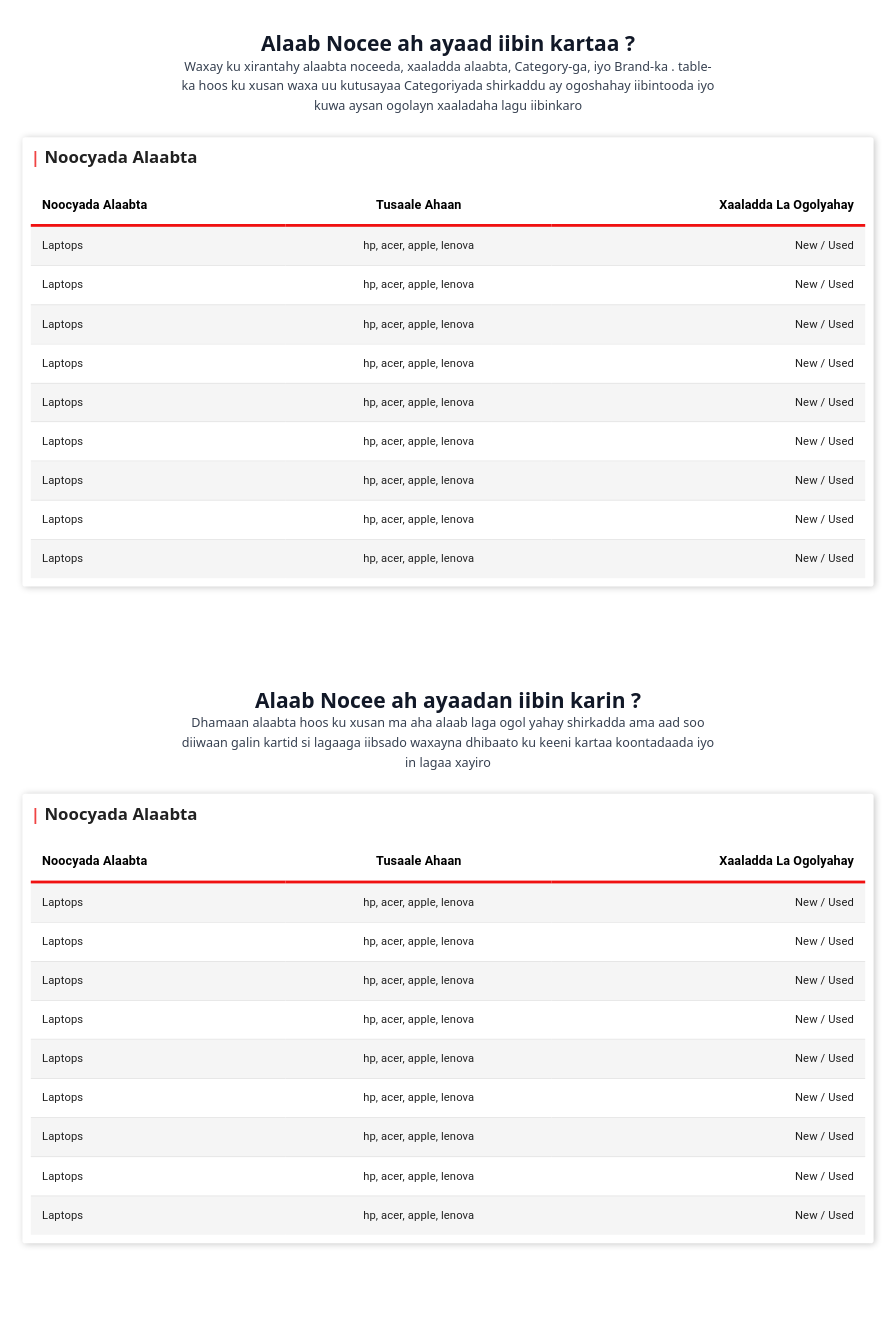
Repository: muraadso/Muraadso-Sellers
Page: /
These files come from the project's save history. The page is drawn as it stood at one moment and after the next save; the edit follows.
The browser window is 1280 px wide. The pictures show the part of the page from y = 2240 to 4160 px (the page is 4160 px tall), at 70% of full size.
The project was rebuilt for these pictures with package versions that can differ from the ones it lists, and the page was loaded fresh each time. The framework's server and built-in components were replaced by stand-ins that run in the browser. Also part of the build but not shown: next.config.js.

Above is the page before, as saved 2021-12-06 19:55:39.

### pages/_app.js
import '../styles/globals.css'
 import 'tailwindcss/tailwind.css'
import { Layout } from '../components/Layout'


function MyApp({ Component, pageProps }) {
  return (
    <Layout>
      <Component {...pageProps} />
    </Layout>
  )
}

export default MyApp

### pages/index.js
import Head from 'next/head'
import Image from 'next/image'
import Hero from '../components/Hero'
import About from '../components/About'
import Howtoreg from '../components/Howtoreg'
import styles from '../styles/Home.module.css'
import { How } from '../components/How'


export default function Home() {
  return (
    <div className={styles.container}>
      <Head>
        <title>Muraadso Sellers</title>
        <meta name="description" content="Generated by create next app" />
        <link rel="icon" href="/favicon.ico" />
      </Head>
      <Hero />
      <About />
      <How />
      <Howtoreg />
    </div>
  )
}

### styles/globals.css
@import url('https://fonts.googleapis.com/css2?family=Lato:ital,wght@0,300;0,400;0,700;0,900;1,700&family=Poppins:wght@200;300;400;500;600;700&display=swap');
html,
body {
  padding: 0;
  margin: 0;
}

a {
  color: inherit;
  text-decoration: none;
}

* {
  box-sizing: border-box;
}


.navbar {
  box-shadow: 2px 1px 7px rgba(0, 0, 0, 0.226);
  font-family: 'Poppins', sans-serif  ;
  font-weight: 500;

}
  .logo{
    font-family: 'Lato', sans-serif;
    font-weight: 700;
    color: rgb(233, 59, 59);
    font-size: 20px ;
  }
  .how-card{
    position: relative;
    box-shadow: 0 2px 10px rgba(0, 0, 0, 0.336) ;
  }





@media screen and  (max-width: 768px){
  .nav{
    padding-top: 40px;
    display: flex;
    flex-direction: column;

  }

  .how-card{
  margin-bottom: 25px;
}

.tablle{
  margin-bottom: 90px;
}
.tablle2{

}

}




@tailwind base;
@tailwind components;
@tailwind utilities

### components/Layout.js
import Navbar from "./Navbar"
import Footer from "./Footer"

export const Layout = ({children}) => {
    return (
        <div className="layout">
            <Navbar />
                {children}
            <Footer />



        </div>
    )
}

### components/Hero.jsx
const Hero = () => {
    return (
        <div className="md:grid-cols-2 md:grid md:mt-11 hero">
                <div className="md:px-16 md:py-36 py-11 herotxt">
                    <h6 className="px-2 font-medium text-gray-500">ku iibi muraadso</h6>
                    <h1 className="my-5 text-3xl font-bold text-gray-800 capitalize md:font-bold md:text-gray-800 md:capitalize lg:text-6xl">sidee ugu iibin krtaa <br /> alaabtaada <span  className="text-red-600 md:text-red-600">muraadso</span></h1>

                    <p className="text-gray-700 md:text-left">
                         Whether you’ve already got an established e-commerce business , a great idea for a new product, or you just have a passion for selling, here’s how to take that next step with Muraadso </p>
                </div>

                <div className="heroimg">
                    <img className="w-4/4 "  src="/images/heroimage.png" alt="heroimage" />
                </div>
        </div>
    )
}

export default Hero

### components/About.jsx

const About = () => {
    return (
        <div className="mt-32">
            <h1 className="text-3xl font-bold text-center">Ku Iibso Muraadso</h1>
            <div className="gap-0 md:px-16 md:grid-cols-2 md:grid about-content">
                <div className="mt-12 aboutimg">
                  <img src="/images/aboutimage.png" className="md:h-96" alt="about image" />
                </div>
                <div className="md:mt-20 mt-11 about-text">
                    <p className="text-xl text-justify">
                        Muraadso waa hogaanka suuqa casriga ee online waana suuq aad ku iibin kartid alaabtaada, ahaw ganacsade alaabta sameeya, mid soo dajiya, si fudud ayaad ugu iibin kartaa suuqa casriga muraadso, sidoo kale ka mid noqo ganacsiyada shabakada internet ku iibiya alaabaha adiga oon ku kharash badan galin, kana faa’idaysanaya khubarada team ka muraadso helayana tobabaro iyo caawimo sidaad ugu iibin lahayd muraadso dhexdeeda Ku dhex iibta muraadso waa wax fudud sidoo kalena kharash yari kaaga bixi karo ama wax kharash ahi kaa baxayn, kaliya waxa lagaaga bahanyay in aad is diwaan galisid, kuna gurtid alaabta aad haysid online shirkada sidaana aad ku bilawdid iibka alaabtaada....<span className="text-red-600">Read More</span>
                    </p>
                </div>


            </div>
        </div>
    )
}

export default About

### components/Howtoreg.jsx
import * as React from 'react';
import { styled } from '@mui/material/styles';
import Table from '@mui/material/Table';
import TableBody from '@mui/material/TableBody';
import TableCell, { tableCellClasses } from '@mui/material/TableCell';
import TableContainer from '@mui/material/TableContainer';
import TableHead from '@mui/material/TableHead';
import TableRow from '@mui/material/TableRow';
import Paper from '@mui/material/Paper';

const StyledTableCell = styled(TableCell)(({ theme }) => ({

  [`&.${tableCellClasses.head}`]: {
    backgroundColor: theme.palette.common.white,
    color: theme.palette.common.black,
    borderBottom: '4px solid rgb(240, 17, 17)' ,
    fontSize: '18px',
    fontWeight: 'bold',

  },
  [`&.${tableCellClasses.body}`]: {
    fontSize: 16,
  },
}));

const StyledTableRow = styled(TableRow)(({ theme }) => ({
  '&:nth-of-type(odd)': {
    backgroundColor: theme.palette.action.hover,


  },
  // hide last border
  '&:last-child td, &:last-child th': {
    border: 0,
  },
}));





function createData(noocaAlaabta, tusaale, xaaladda) {
  return { noocaAlaabta, tusaale, xaaladda };
}

const rows = [
  createData('Laptops', 'hp, acer, apple, lenova ', 'New / Used'),
  createData('Laptops', 'hp, acer, apple, lenova ', 'New / Used'),
  createData('Laptops', 'hp, acer, apple, lenova ', 'New / Used'),
  createData('Laptops', 'hp, acer, apple, lenova ', 'New / Used'),
  createData('Laptops', 'hp, acer, apple, lenova ', 'New / Used'),
  createData('Laptops', 'hp, acer, apple, lenova ', 'New / Used'),
  createData('Laptops', 'hp, acer, apple, lenova ', 'New / Used'),
  createData('Laptops', 'hp, acer, apple, lenova ', 'New / Used'),
  createData('Laptops', 'hp, acer, apple, lenova ', 'New / Used'),

];

export default function Howtoreg() {
  return (
      <>
    <div className="flex flex-col items-center justify-center tablle mb-36">
                <h1 className="text-xl font-bold text-center text-gray-900 md:text-3xl">Alaab Nocee ah ayaad iibin kartaa ?</h1>
                <p className="max-w-3xl mb-8 text-sm text-center text-gray-700 md:text-lg">Waxay ku xirantahy alaabta noceeda, xaaladda alaabta, Category-ga, iyo Brand-ka .
                table-ka hoos ku xusan waxa uu kutusayaa Categoriyada shirkaddu ay ogoshahay iibintooda
                iyo kuwa aysan ogolayn xaaladaha lagu iibinkaro </p>

            <TableContainer className="" component={Paper} sx={{ padding: "12px", maxWidth: 1400, boxShadow: '2px 1px 11px rgba(0, 0, 0, 0.226)' }}>
        <h1 className="mb-6 text-2xl font-bold "> <span className="font-black text-red-500 ">|</span> Noocyada Alaabta</h1>
      <Table sx={{ minWidth: 700 }} aria-label="customized table">
        <TableHead>
          <TableRow>
            <StyledTableCell>Noocyada Alaabta</StyledTableCell>
            <StyledTableCell align="center"> Tusaale Ahaan</StyledTableCell>
            <StyledTableCell align="right">Xaaladda La Ogolyahay</StyledTableCell>
          </TableRow>
        </TableHead>
        <TableBody>
          {rows.map((row) => (
            <StyledTableRow key={row.noocaAlaabta} sx={{backgroundColor: 'white'}}>
              <StyledTableCell component="th" scope="row">
                {row.noocaAlaabta}
              </StyledTableCell>
              <StyledTableCell   align="center">{row.tusaale}</StyledTableCell>
              <StyledTableCell align="right">{row.xaaladda}</StyledTableCell>
            </StyledTableRow>
          ))}
        </TableBody>
      </Table>
    </TableContainer>

    </div>

    <div className="flex flex-col items-center justify-center tablle2 mb-36">
            <h1 className="text-xl font-bold text-center text-gray-900 md:text-3xl">Alaab Nocee ah ayaadan iibin karin ?</h1>
            <p className="max-w-3xl mb-8 text-sm text-center text-gray-700 md:text-lg">Dhamaan alaabta hoos ku xusan ma aha alaab laga ogol yahay shirkadda
                ama aad soo diiwaan galin kartid si lagaaga iibsado waxayna dhibaato
                ku keeni kartaa koontadaada iyo in lagaa xayiro</p>

            <TableContainer className="" component={Paper} sx={{ padding: "12px", maxWidth: 1400, boxShadow: '2px 1px 11px rgba(0, 0, 0, 0.226)' }}>
                        <h1 className="mb-6 text-2xl font-bold"> <span className="font-black text-red-500 ">|</span> Noocyada Alaabta</h1>
      <Table sx={{ minWidth: 700 }} aria-label="customized table">
        <TableHead className="" >
          <TableRow className="">
            <StyledTableCell>Noocyada Alaabta</StyledTableCell>
            <StyledTableCell align="center"> Tusaale Ahaan</StyledTableCell>
            <StyledTableCell align="right">Xaaladda La Ogolyahay</StyledTableCell>
          </TableRow>
        </TableHead>
        <TableBody>
          {rows.map((row) => (
            <StyledTableRow key={row.noocaAlaabta} sx={{backgroundColor: 'white'}}>
              <StyledTableCell  component="th" scope="row">
                {row.noocaAlaabta}
              </StyledTableCell>
              <StyledTableCell   align="center">{row.tusaale}</StyledTableCell>
              <StyledTableCell align="right">{row.xaaladda}</StyledTableCell>
            </StyledTableRow>
          ))}
        </TableBody>
      </Table>
    </TableContainer>

    </div>

     </>
  );
}

### components/How.jsx
export const How = () => {
    return (
        <div className="flex flex-col items-center justify-center mt-32 mb-24 how md:gap-y-4 gap-y-11">
            <div className="howheader">
            <h2 className="text-4xl font-bold text-center">Sidee u shaqaysaa</h2>
            <p className="mt-2 text-lg text-center text-gray-600">habka uu ushaqeeyo adeegan waa sidatan hoos ku xusan</p>
            </div>
            <div className="h-full md:p-16 md:gap-4 gap-72 md:grid-cols-4 md:grid howsteps">

                <div className="relative max-h-full p-6 bg-white border-4 border-red-400 rounded how-card ">
                    <div className="flex items-center justify-center my-4 card-icon ">
                        <img  src="./icons/register.png" alt="register" />

                    </div>
                    <div className="mb-4 text-xl text-center text-gray-800 cardbody">
                        Macmiil iska diiwaan geli adeega, 24h kadib waxad helaysa fariin ah in lagu aqbalay
                    </div>
                    <div className="absolute flex items-center justify-center w-10 h-10 font-bold text-red-500 bg-white border-2 border-red-500 rounded-full md:left-36 -bottom-5 md:left-40 left-36 place-content-center card-number"> <h2>1</h2></div>
                </div>


                <div className="relative max-h-full p-6 bg-white border-4 border-red-400 rounded how-card ">
                    <div className="flex items-center justify-center my-4 card-icon ">
                        <img className="h-24"  src="./icons/features.png" alt="register" />
                    </div>
                    <div className="mb-4 text-xl text-center text-gray-800 cardbody">
                        Macmiil iska diiwaan geli adeega, 24h kadib waxad helaysa fariin ah in lagu aqbalay
                    </div>
                    <div className="absolute flex items-center justify-center w-10 h-10 font-bold text-red-500 bg-white border-2 border-red-500 rounded-full md:left-36 -bottom-5 md:left-40 left-36 place-content-center card-number"> <h2>2</h2></div>
                </div>




                <div className="relative max-h-full p-6 bg-white border-4 border-red-400 rounded how-card ">
                    <div className="flex items-center justify-center my-4 card-icon ">
                        <img className="h-24"  src="./icons/verified.png" alt="register" />

                    </div>
                    <div className="mb-4 text-xl text-center text-gray-800 cardbody">
                        Macmiil iska diiwaan geli adeega, 24h kadib waxad helaysa fariin ah in lagu aqbalay
                    </div>
                    <div className="absolute flex items-center justify-center w-10 h-10 font-bold text-red-500 bg-white border-2 border-red-500 rounded-full md:left-36 -bottom-5 md:left-40 left-36 place-content-center card-number"> <h2>3</h2></div>
                </div>


                <div className="relative max-h-full p-6 bg-white border-4 border-red-400 rounded how-card ">
                    <div className="flex items-center justify-center my-4 card-icon ">
                        <img className="h-24"  src="./icons/givemoney.png" alt="register" />

                    </div>
                    <div className="mb-4 text-xl text-center text-gray-800 cardbody">
                        Macmiil iska diiwaan geli adeega, 24h kadib waxad helaysa fariin ah in lagu aqbalay
                    </div>
                    <div className="absolute flex items-center justify-center w-10 h-10 font-bold text-red-500 bg-white border-2 border-red-500 rounded-full md:left-36 -bottom-5 md:left-40 left-36 place-content-center card-number"> <h2>4</h2></div>
                </div>

            </div>
            <p className="text-center text-gray-800">Wixii faahfaahin ah waxaad kala xiriiri kartaa lambaradan hoos kuugu xusan</p>
            <a className="font-medium text-red-600" href="#">+252 63 3333471</a>

        </div>
    )
}

### components/Navbar.jsx
import React, { useState } from "react";
import { HiOutlineMenuAlt2, HiOutlineMenuAlt3 } from "react-icons/hi";



export default function Navbar() {
  const [showNav, setShowNav] = useState(false);

  return (
    <nav className="sticky top-0 z-20 items-center justify-between bg-white px-14 md:px-24 md:py-3 navbar md:flex">
      <div className="flex items-center justify-between">
        <a href="#">
          <h2>Muraadso</h2>
        </a>


        {showNav ? (
          <HiOutlineMenuAlt3
            onClick={() => setShowNav(!showNav)}
            className="block w-10 h-10 p-2 cursor-pointer md:hidden" />

        ) : (
          <HiOutlineMenuAlt2
            onClick={() => setShowNav(!showNav)}
            className="block w-10 h-10 p-2 cursor-pointer md:hidden"
          />
        )}
      </div>

      <ul
        className={
          (showNav ? "left-0" : "-left-full") +
          " md:static fixed bottom-0 md:ml-24 top-14 md:flex md:space-x-6 items-center md:bg-transparent bg-red-300 rounded md:rounded-none md:bg-white bg-opacity-90 md:w-auto w-10/12 md:text-gray-800 text-gray-800  md:space-y-0 space-y-5 p-2 transition-left nav"
        }
      >
        <a href="#"> Home</a>
        <a href="#"> About</a>
        <a href="#"> Doc</a>
        <a href="#"> Contact Us</a>
      <a className="px-4 py-2 text-white bg-red-600 rounded" href="">Signup</a>
      </ul>
    </nav>
  );
}

























// const Navbar = () => {
//     return (
//         <div>
//      <div className="sticky top-0 z-20 items-center justify-between bg-white md:flex navbar">
//          <a className="logo" href="#">Muraadso</a>
//          <nav className="fixed bottom-0 items-center w-10/12 p-2 space-y-5 text-white bg-gray-500 md:static top-12 md:flex md:space-x-7 md:bg-transparent bg-opacity-90 md:w-auto md:text-gray-500 md:space-y-0 transition-left nav">
//              <a className="hover:text-red-600" href="">Home</a>
//              <a className="hover:text-red-600" href="">About</a>
//              <a className="hover:text-red-600" href="">Doc</a>
//              <a className="hover:text-red-600" href="">Contact Us</a>
//          </nav>
//          <a href="#" className="px-4 py-2 text-white bg-red-600 rounded hover:bg-red-700 signup ">Signup</a>
//      </div>

//         </div>
//     )
// }

// export default Navbar

### components/Footer.jsx
const Footer = () => {
    return (
        <div>
        </div>
    )
}

export default Footer

### tailwind.config.js
module.exports = {
   purge: ['./pages/**/*.{js,ts,jsx,tsx}', './components/**/*.{js,ts,jsx,tsx}'],
  darkMode: false, // or 'media' or 'class'
  theme: {
    extend: {
      transitionProperty: {
         'left': 'left',
        }
    },

  },
  variants: {
    extend: {},
  },
  plugins: [],
}

Loaded but not shown: pages/api/hello.js (common file); styles/Home.module.css (common file)

After the next save:
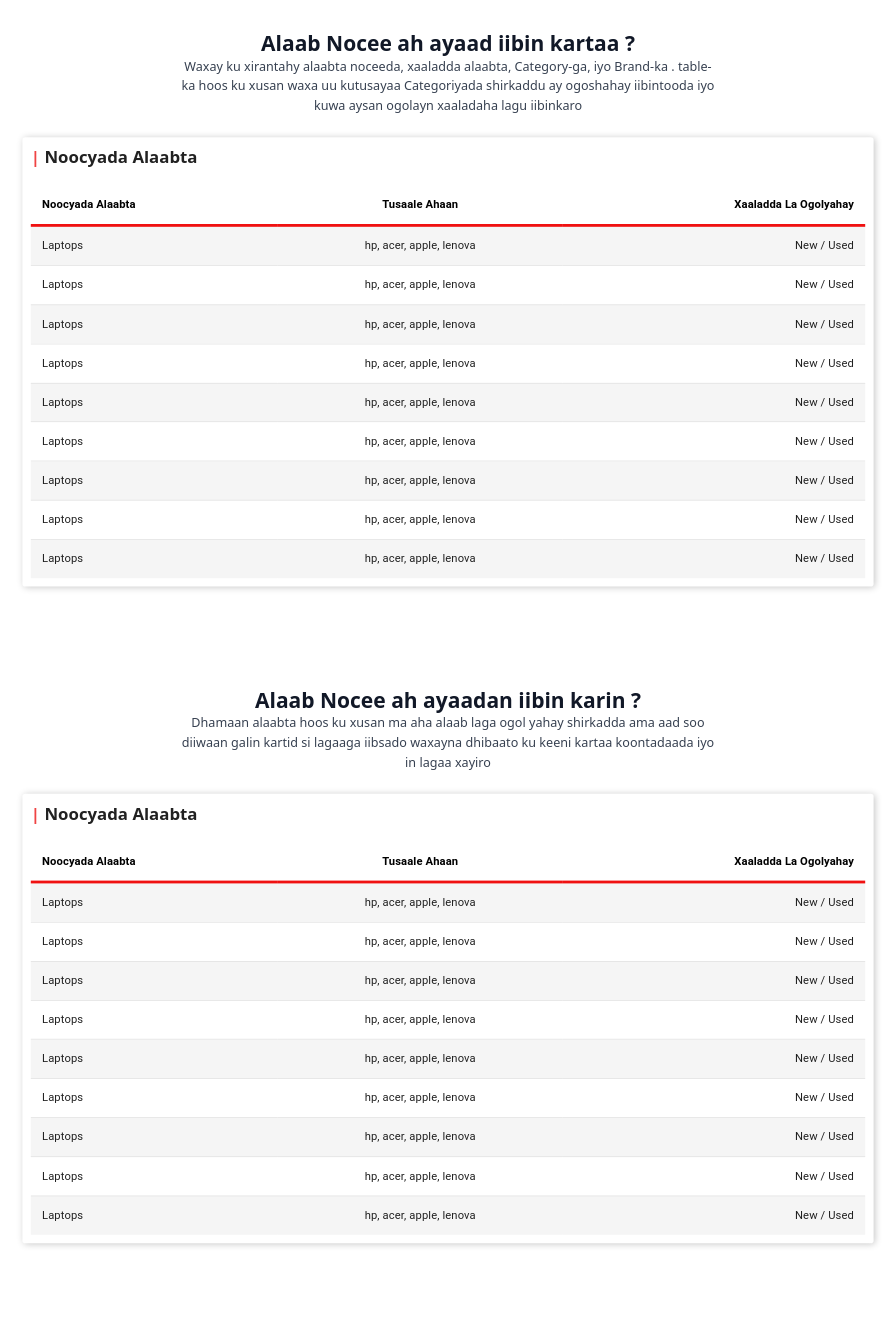
Saved 8 s later.
--- a/components/Howtoreg.jsx
+++ b/components/Howtoreg.jsx
@@ -14,7 +14,7 @@ const StyledTableCell = styled(TableCell)(({ theme }) => ({
     backgroundColor: theme.palette.common.white,
     color: theme.palette.common.black,
     borderBottom: '4px solid rgb(240, 17, 17)' ,
-    fontSize: '18px',
+    fontSize: '16px',
     fontWeight: 'bold',
 
   },
